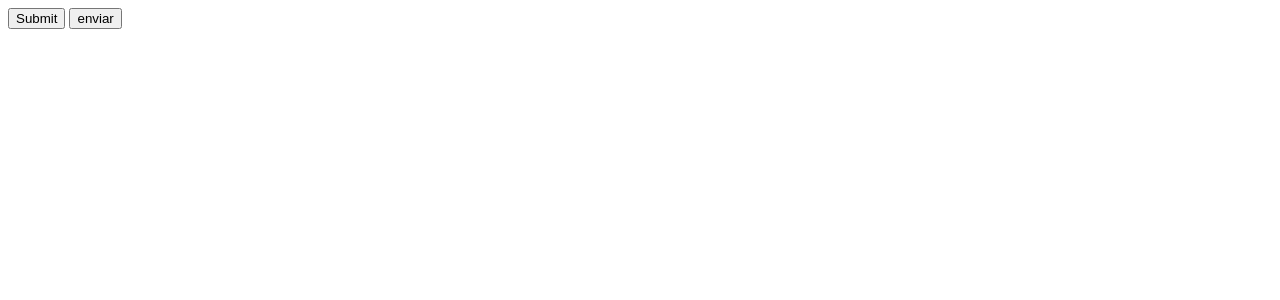
Repository: Daniel009980/daniel0099980
Page: cursodehtml/button/index.html
The author's editor kept a copy of each file at every save. The page is drawn from the files as they stood at one save, then again after the next save.
The browser window is 1280 px wide. The pictures show the whole page.

Above is the page before, as saved 2022-09-10 16:21:41.

After the next save:
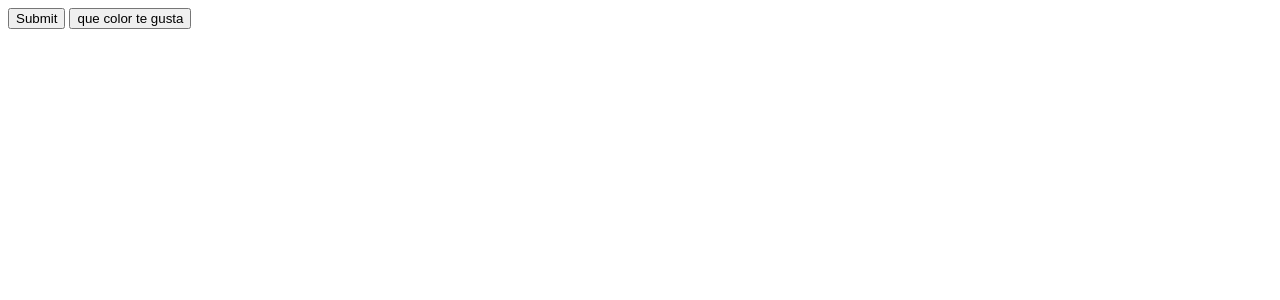
Saved 113 s later.
--- a/cursodehtml/button/index.html
+++ b/cursodehtml/button/index.html
@@ -8,6 +8,6 @@
 </head>
 <body>
     <input type="submit">
-    <button>enviar</button>
+    <button type="submit">que color te gusta</button>
 </body>
 </html>
